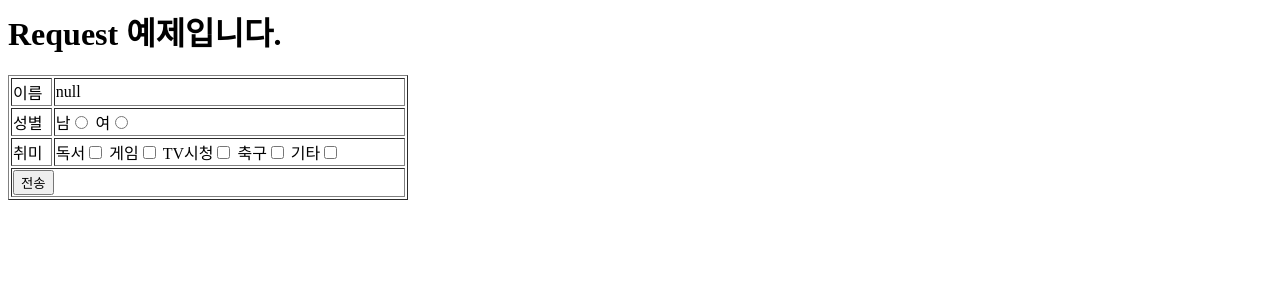
Repository: hyeri-seo/JSP
Page: http://localhost/JspExam5/requestTest1_From.jsp
An editor plug-in stored every save of this project. The page is shown before and after the next save, followed by the edit.
The browser window is 1280 px wide. The pictures show the whole page.
The page is served by Tomcat 9. Other server files are loaded and not shown.

Above is the page before, as saved 2023-09-20 05:05:21.

### JspExam5/src/main/webapp/requestTest1_From.jsp
<%@ page language="java" contentType="text/html; charset=utf-8"
    pageEncoding="UTF-8"%>
<html>
<head>
<title>Request Test</title>
</head>
<body>
<h1>Request 예제입니다.</h1>
<form action="requestTest1.jsp" method="post">
<table border="1" width="400px">
	<tr>
		<td>이름</td>
		<td><%=request.getParameter("name") %></td>
	</tr>
	<tr>
		<td>성별</td>
		<td>
			남<input type="radio" name="gender" value="male">
			여<input type="radio" name="gender" value="female">
		</td>
	</tr>
	<tr>
		<td>취미</td>
		<td>
			독서<input type="checkbox" name="hobby" value="독서">
			게임<input type="checkbox" name="hobby" value="게임">
			TV시청<input type="checkbox" name="hobby" value="TV시청">
			축구<input type="checkbox" name="hobby" value="축구">
			기타<input type="checkbox" name="hobby" value="기타">
		</td>
	</tr>
	<tr>
		<td colspan="2"><input type="submit" value="전송"></td>
	</tr>
</table>
</form>
</body>
</html>

After the next save:
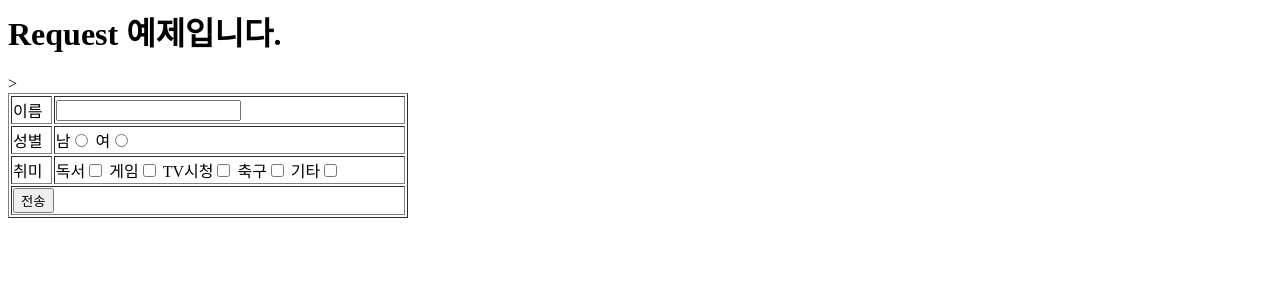
Saved 46 s later.
--- a/JspExam5/src/main/webapp/requestTest1_From.jsp
+++ b/JspExam5/src/main/webapp/requestTest1_From.jsp
@@ -7,12 +7,11 @@
 <body>
 <h1>Request 예제입니다.</h1>
 <form action="requestTest1.jsp" method="post">
-<table border="1" width="400px">
+<table border="1" width="400">
 	<tr>
 		<td>이름</td>
-		<td><%=request.getParameter("name") %></td>
-	</tr>
-	<tr>
+		<td><input type="text" name="name"></td>
+	</tr>>
 		<td>성별</td>
 		<td>
 			남<input type="radio" name="gender" value="male">
